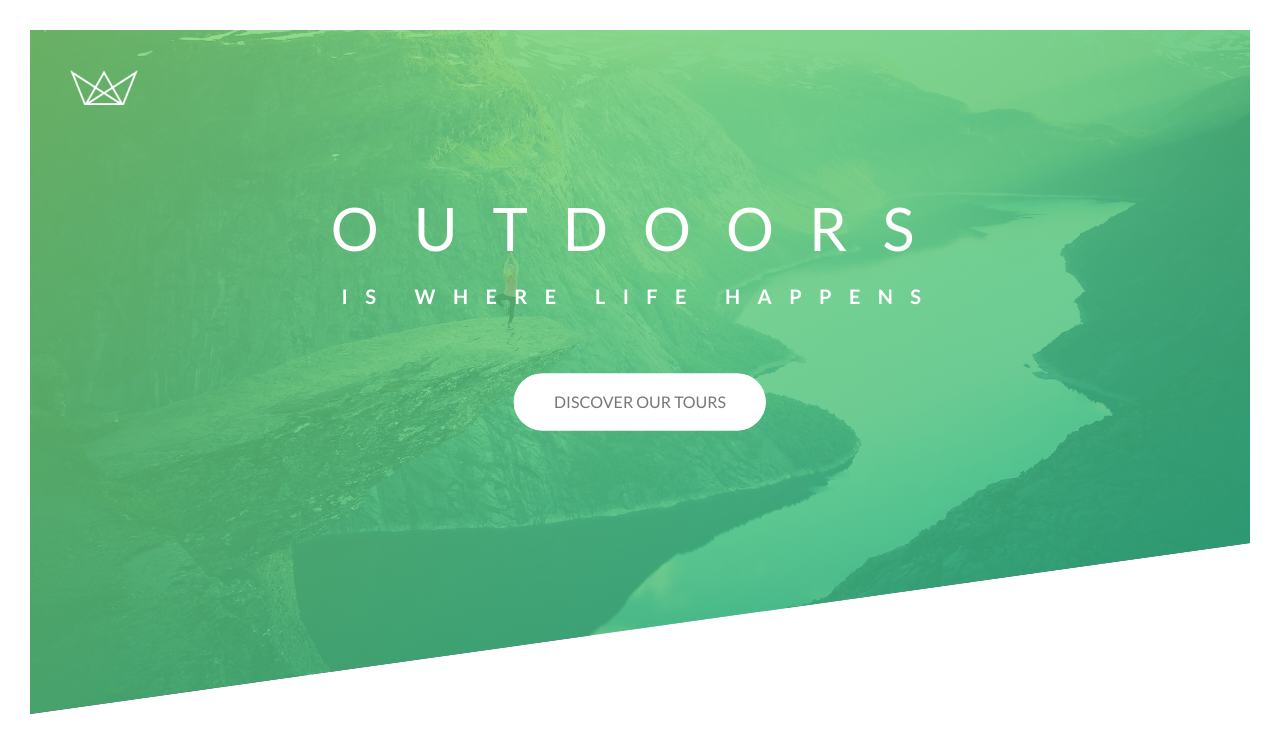
Repository: taivuong95/natours-fe
Page: index.html
The author's editor kept a copy of each file at every save. The page is drawn from the files as they stood at one save, then again after the next save.
The browser window is 1280 px wide. The pictures show the whole page.

Above is the page before, as saved 2020-12-09 16:44:55.

After the next save:
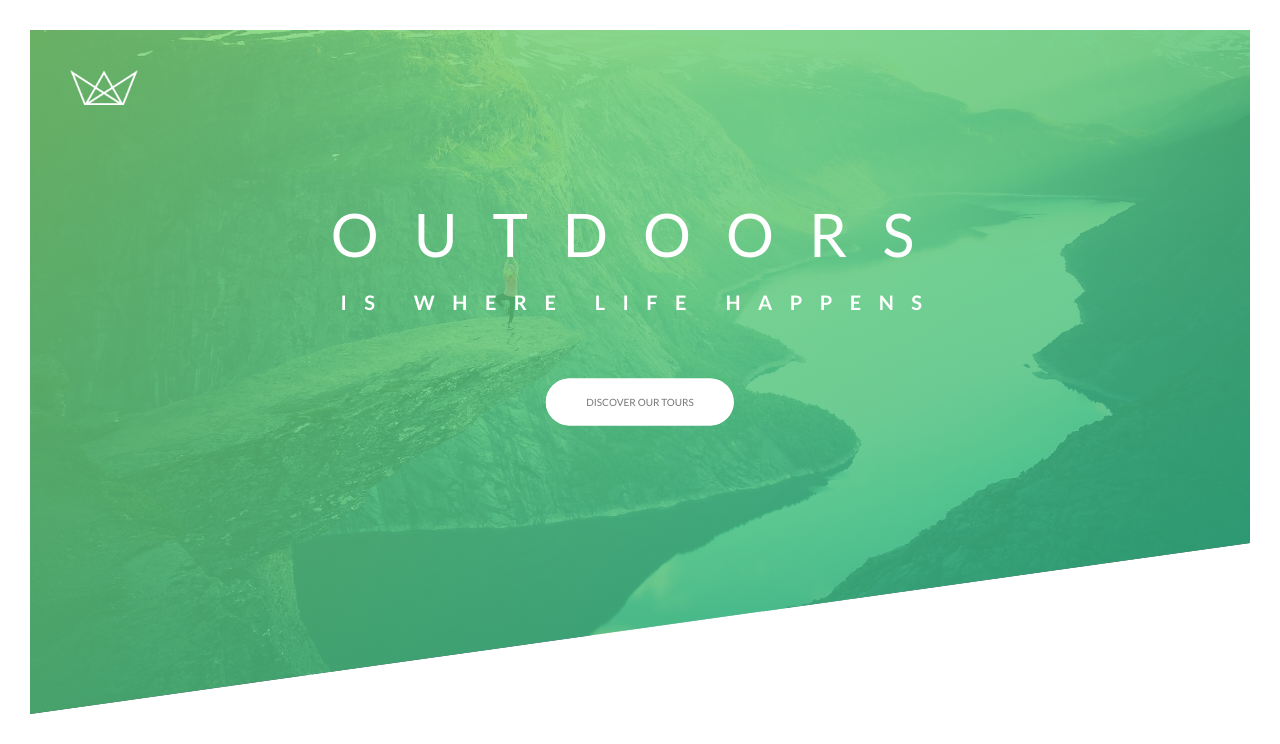
Saved 82 min 48 s later.
--- a/css/style.css
+++ b/css/style.css
@@ -13,13 +13,18 @@ Dark green: #28b485
   box-sizing: border-box;
 }
 
+html {
+  font-size: 10px;
+}
+
 body {
   font-family: "Lato", sans-serif;
   font-weight: 400;
-  font-size: 16px;
+  /* font-size: 16px; */
+
   line-height: 1.7;
   color: #777;
-  padding: 30px;
+  padding: 3rem;
 }
 
 .header {
@@ -38,12 +43,12 @@ body {
 
 .logo-box {
   position: absolute;
-  top: 40px;
-  left: 40px;
+  top: 4rem;
+  left: 4rem;
 }
 
 .logo {
-  height: 35px;
+  height: 3.5rem;
 }
 
 .text-box {
@@ -59,14 +64,14 @@ body {
   text-transform: uppercase;
 
   backface-visibility: hidden;
-  margin-bottom: 60px;
+  margin-bottom: 6rem;
 }
 
 .heading-primary-main {
   display: block;
-  font-size: 60px;
+  font-size: 6rem;
   font-weight: 400;
-  letter-spacing: 35px;
+  letter-spacing: 3.5rem;
 
   animation-name: moveInLeft;
   animation-duration: 1s;
@@ -78,9 +83,9 @@ body {
 
 .heading-primary-sub {
   display: block;
-  font-size: 20px;
+  font-size: 2rem;
   font-weight: 700;
-  letter-spacing: 17.4px;
+  letter-spacing: 1.75rem;
 
   animation: moveInRight 1s ease-out;
 }
@@ -88,10 +93,10 @@ body {
 @keyframes moveInLeft {
   0% {
     opacity: 0;
-    transform: translateX(-100px);
+    transform: translateX(-10rem);
   }
   80% {
-    transform: translateX(10px);
+    transform: translateX(1rem);
   }
   100% {
     opacity: 1;
@@ -102,10 +107,10 @@ body {
 @keyframes moveInRight {
   0% {
     opacity: 0;
-    transform: translateX(100px);
+    transform: translateX(10rem);
   }
   80% {
-    transform: translateX(-10px);
+    transform: translateX(-1rem);
   }
   100% {
     opacity: 1;
@@ -116,7 +121,7 @@ body {
 @keyframes moveInBottom {
   0% {
     opacity: 0;
-    transform: translateY(30px);
+    transform: translateY(3rem);
   }
   100% {
     opacity: 1;
@@ -128,21 +133,21 @@ body {
 .btn:visited {
   text-transform: uppercase;
   text-decoration: none;
-  padding: 15px 40px;
+  padding: 1.5rem 4rem;
   display: inline-block;
-  border-radius: 100px;
+  border-radius: 10rem;
   transition: all 0.2s;
   position: relative;
 }
 
 .btn:hover {
   transform: translateY(-3px);
-  box-shadow: 0 10px 20px rgba(0, 0, 0, 0.2);
+  box-shadow: 0 1rem 2rem rgba(0, 0, 0, 0.2);
 }
 
 .btn:active {
   transform: translateY(-1px);
-  box-shadow: 0 5px 10px rgba(0, 0, 0, 0.2);
+  box-shadow: 0 0.5rem 1rem rgba(0, 0, 0, 0.2);
 }
 
 .btn-white {
@@ -155,7 +160,7 @@ body {
   display: inline-block;
   height: 100%;
   width: 100%;
-  border-radius: 100px;
+  border-radius: 10rem;
   position: absolute;
   top: 0;
   left: 0;
